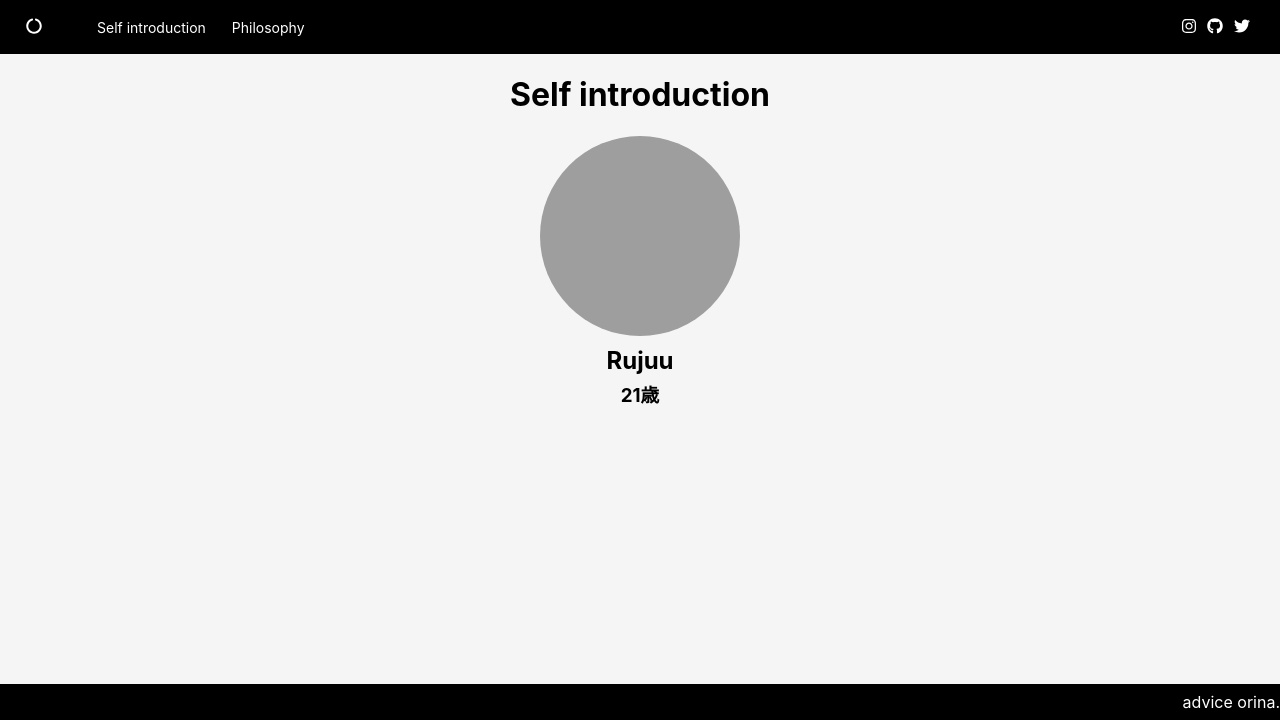
Repository: Rujuu-prog/react-mysite
Page: /selfintroduction
An editor plug-in stored every save of this project. The page is shown before and after the next save, followed by the edit.
The browser window is 1280 px wide. The pictures show the whole page.
Pictures or frames that could not be fetched are drawn as grey boxes. The project was rebuilt for these pictures with package versions that can differ from the ones it lists, and the page was loaded fresh each time. Also part of the build but not shown: src/components/pages/Philosophy.tsx, src/components/pages/Top.tsx.

Above is the page before, as saved 2021-05-13 01:47:14.

### src/App.tsx
import { Router } from "./router/Router";
import './App.css';



export default function App() {
  return (
    <div className="App" >
      <Router />
    </div>
  );
}

### src/router/Router.tsx
import React from "react";
import { BrowserRouter, Route, Switch } from "react-router-dom";
import { Philosophy } from "../components/pages/Philosophy";
import { SelfIntroduction } from "../components/pages/SelfIntroduction";
import { Top } from "../components/pages/Top";
import { DefaultLayout } from "../components/templates/DefaultLayout";

export const Router:React.FC = () => {
    return(
        <BrowserRouter>
            <Switch>
                <Route exact path="/">
                <DefaultLayout>
                    <Top />
                </DefaultLayout>
                </Route>
                <Route exact path="/selfintroduction">
                <DefaultLayout>
                    <SelfIntroduction/>
                </DefaultLayout>
                </Route>
                <Route path="/philosophy">
                <DefaultLayout>
                    <Philosophy />
                </DefaultLayout>
                </Route>
            </Switch>
        </BrowserRouter>
    );
}

### src/components/pages/SelfIntroduction.tsx
import React from "react";
import styled from "styled-components";

import me from '../atoms/img/me.svg'

export const SelfIntroduction:React.FC = () => {
    return(
        <SMainContainer>
            <h1>Self introduction</h1>
            <img src={me} alt="me"/>
            <h2>Rujuu</h2>
            <h3>21歳</h3>
        </SMainContainer>

    );
};

const SMainContainer = styled.div`
    display: flex;
    flex-direction: column;
    justify-content: flex-start;
    align-items: center;
    background-color: #f5f5f5;
    height: 90vh;
    $font-color: #282828;
    h1 {
        color: font-color;
    }
    img {
        width: 200px;
        height: 200px;
        border-radius: 50%;
        border: solid 5px font-color;
        background-position: left top;
    }
    h2 {
        margin: 10px 0 5px 0;
    }
    h3 {
        margin: 0;
    }
`;

### src/components/templates/DefaultLayout.tsx
import React from "react";
import styled from "styled-components";

import { FooterOnly } from "./FooterOnly";
import { HeaderOnly } from "./HeaderOnly";

type Props = {
    children?: React.ReactNode;
};

export const DefaultLayout: React.FC<Props> = ({children}) => {
    return (
    <SContainer>
        <HeaderOnly/>
        {children}
        <FooterOnly/>
    </SContainer>
    );
};

const SContainer = styled.div`
    min-height: 100vh;
    position: relative;
    box-sizing: border-box;
`;

### src/components/templates/FooterOnly.tsx
import React from "react";
import { Link } from "react-router-dom";
import styled from "styled-components";

import { Footer } from "../atoms/layout/Footer";


export const FooterOnly: React.FC = () => {
    return (
    <>
        <Footer />
    </>
    );
};


// const SLink = styled(Link)`
//     margin: 0 8px;
// `;

### src/components/templates/HeaderOnly.tsx
import React from "react";
import { Link } from "react-router-dom";
import styled from "styled-components";

import { Header } from "../atoms/layout/Header";
import { SecondaryButton } from "../atoms/button/SecondaryButton"
import { IconList } from "../molecules/IconList";
import { SiteIcon } from "../atoms/icon/SiteIcon";
import { NaviBar } from "../atoms/layout/NaviBar";

type Props = {
    children?: React.ReactNode;
};

export const HeaderOnly: React.FC<Props> = ({children}) => {
    return (
    <>
        <Header>
            <SiteIcon/>
            <NaviBar/>
        </Header>
        {children}
    </>
    );
};


// const SLink = styled(Link)`
//     margin: 0 8px;
// `;

### src/components/atoms/layout/Footer.tsx
import React from "react";
import styled from "styled-components";

export const Footer:React.FC = () => {
    return <SFooter><Sp>advice orina.</Sp></SFooter>;
};

const SFooter = styled.footer`
    background-color: black;
    color: #fff;
    text-align: center;
    padding: 8px 0;
    position: absolute;
    bottom: 0;
    width: 100%;
`;

const Sp = styled.p`
    display: flex;
    justify-content: flex-end;
    margin: 0;
`;

### src/components/atoms/layout/Header.tsx
import React from "react";
import styled from "styled-components";

import { PrimaryButton } from '../button/PrimaryButton'

type Props = {
    children?: React.ReactNode;
}

export const Header: React.FC<Props> = ({children}) => {
    return (<SHeader>{children}</SHeader>);
};

const SHeader = styled.header`
    display: flex;
    align-items: center;
    height: 10%;
    background-color: black;
    color: #fff;
    padding: 16px 24px;
`;

### src/components/atoms/icon/SiteIcon.tsx
import { faCircleNotch } from "@fortawesome/free-solid-svg-icons";
import { FontAwesomeIcon } from "@fortawesome/react-fontawesome";
import styled from "styled-components";
import { Link } from "react-router-dom";

const IconStyle = {
    padding:"2",
    fontsize:"50"
}

export const SiteIcon:React.FC = () => {
    return(<SLink to="/"><FontAwesomeIcon style={IconStyle} icon={faCircleNotch}></FontAwesomeIcon></SLink>);
}

const SLink = styled(Link)`
    text-decoration: none;
    color: #fff;
`;

### src/components/atoms/layout/NaviBar.tsx
import React from "react";
import { Link } from "react-router-dom";
import styled from "styled-components";

import { SecondaryButton } from "../button/SecondaryButton"
import { IconList } from "../../molecules/IconList";

type Props = {
    children?: React.ReactNode;
};

export const NaviBar: React.FC<Props> = ({children}) => {
    return (
    <>
        <SNavi>
            <li><SLink to="/selfintroduction"><SecondaryButton>Self introduction</SecondaryButton></SLink></li>
            <Slist><SLink to="/philosophy"><SecondaryButton>Philosophy</SecondaryButton></SLink></Slist>
            <li><IconList/></li>
        </SNavi>
        {children}
    </>
    );
};


const SNavi = styled.ul`
    display: flex;
    // justify-content: space-between;
    align-items: center;
    width: 100%;
    margin: 0;
    background-color: black;
    list-style: none;
    color: #fff;
    text-align: center;
`;

const Slist = styled.li`
    margin-right: auto;
`;

const SLink = styled(Link)`
    margin: 0 8px;
    text-decoration: none;
`;

### src/components/atoms/button/SecondaryButton.tsx
import styled from "styled-components";

export const SecondaryButton = (props:any) => {
    const { children } = props;
    return <SButton>{children}</SButton>;
};

const SButton = styled.a`
    color: #fff;
    width: 10%;
    font-size: 14px;
    padding: 5px;
`;

### src/components/molecules/IconList.tsx
import React from "react";
import styled from "styled-components";
import { Github } from "../atoms/icon/Github";
import { Instagram } from "../atoms/icon/Instagram";
import { Twitter } from "../atoms/icon/Twitter";

export const IconList:React.FC = () => {
    return(
        <SIconContainer>
            <Instagram/>
            <Github/>
            <Twitter/>
        </SIconContainer>
    );
};

const SIconContainer = styled.div`
    display: flex;
    align-items: center;
    justify-content: space-around;
    width: 80px;
`;

### src/components/atoms/icon/Github.tsx
import { faGithub } from "@fortawesome/free-brands-svg-icons";
import { FontAwesomeIcon } from "@fortawesome/react-fontawesome"
import styled from "styled-components";


const IconStyle = {
    padding:"2",
    fontsize:"50",
}

export const Github:React.FC = () => {
    return(<SButton href='https://github.com/Rujuu-prog'><FontAwesomeIcon style={IconStyle} icon={faGithub}></FontAwesomeIcon></SButton>);
}

const SButton = styled.a`
    text-decoration: none;
    color: #fff;
`;

### src/components/atoms/icon/Instagram.tsx
import { faInstagram } from "@fortawesome/free-brands-svg-icons";
import { FontAwesomeIcon } from "@fortawesome/react-fontawesome";
import styled from "styled-components";

const IconStyle = {
    padding:"2",
    fontsize:"50"
}

export const Instagram:React.FC = () => {
    return(<SButton href='https://www.instagram.com/rujuuuuuu/'><FontAwesomeIcon style={IconStyle} icon={faInstagram}></FontAwesomeIcon></SButton>);
}

const SButton = styled.a`
    text-decoration: none;
    color: #fff;
`;

### src/components/atoms/icon/Twitter.tsx
import { faInstagram, faTwitter } from "@fortawesome/free-brands-svg-icons";
import { FontAwesomeIcon } from "@fortawesome/react-fontawesome"
import styled from "styled-components";

const IconStyle = {
    padding:"2",
    fontsize:"50"
}

export const Twitter:React.FC = () => {
    return(<SButton href='https://twitter.com/Rujuu2118'><FontAwesomeIcon style={IconStyle} icon={faTwitter}></FontAwesomeIcon></SButton>);
}

const SButton = styled.a`
    text-decoration: none;
    color: #fff;
`;

Loaded but not shown: public/index.html (common file); src/index.tsx (common file); src/index.css (common file); src/reportWebVitals.ts (common file); src/App.css (common file)

After the next save:
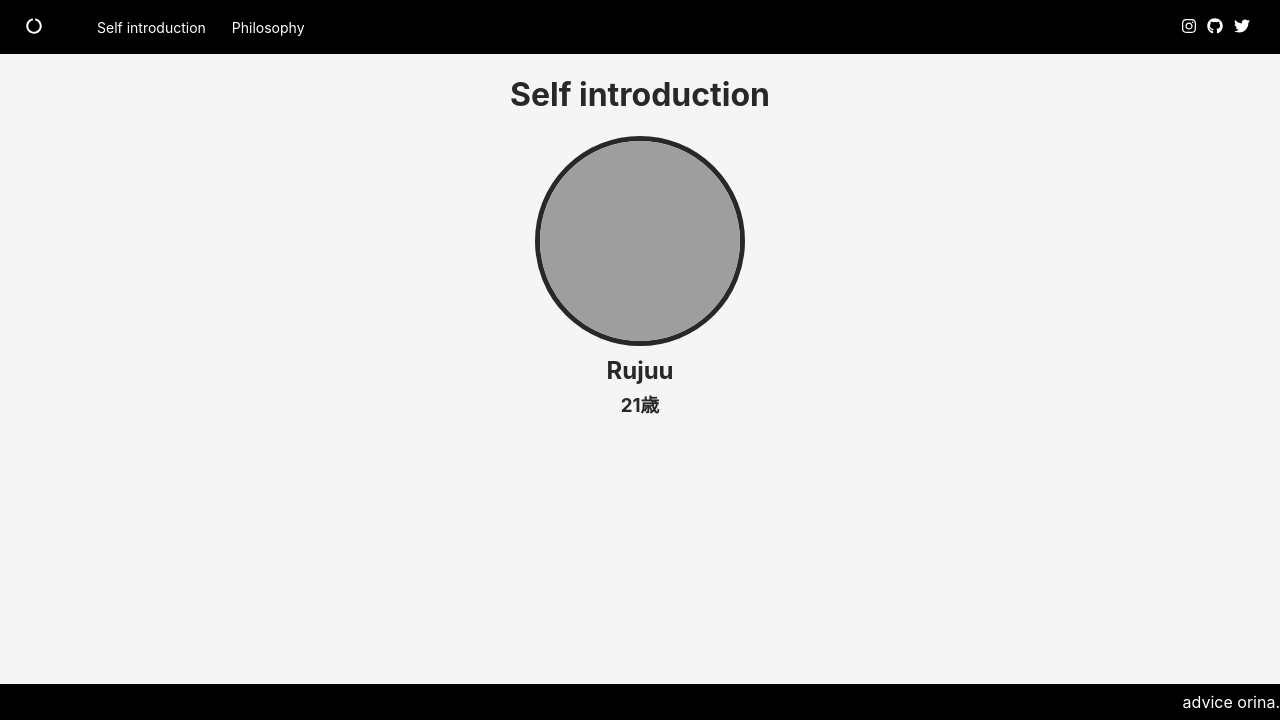
Saved 84 s later.
--- a/src/components/pages/SelfIntroduction.tsx
+++ b/src/components/pages/SelfIntroduction.tsx
@@ -22,21 +22,22 @@ const SMainContainer = styled.div`
     align-items: center;
     background-color: #f5f5f5;
     height: 90vh;
-    $font-color: #282828;
     h1 {
-        color: font-color;
+        color: #282828;
     }
     img {
         width: 200px;
         height: 200px;
         border-radius: 50%;
-        border: solid 5px font-color;
+        border: solid 5px #282828;
         background-position: left top;
     }
     h2 {
+        color: #282828;
         margin: 10px 0 5px 0;
     }
     h3 {
+        color: #282828;
         margin: 0;
     }
 `;
